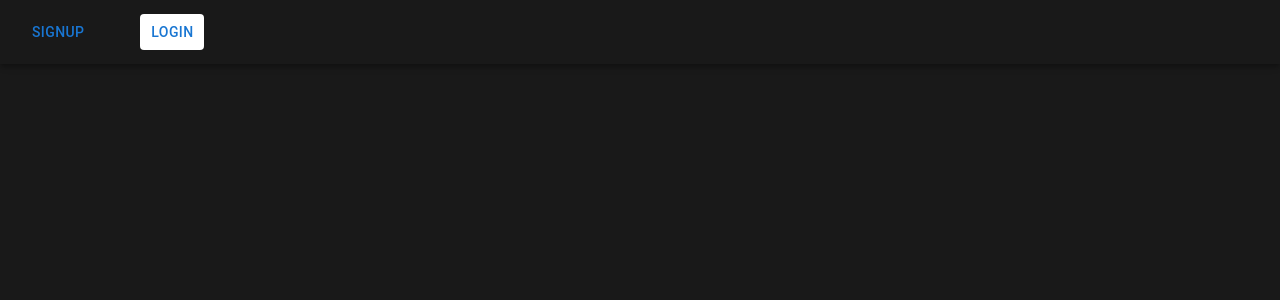
Repository: Armstrong2035/ikigai
Page: / (app in Ikigai/ikigai/)
An editor plug-in stored every save of this project. The page is shown before and after the next save, followed by the edit.
The browser window is 1280 px wide. The pictures show the whole page.
The project was rebuilt for these pictures with package versions that can differ from the ones it lists, and the page was loaded fresh each time. The framework's server and built-in components were replaced by stand-ins that run in the browser. Also part of the build but not shown: Ikigai/ikigai/next.config.mjs.

Above is the page before, as saved 2024-09-06 18:48:46.

After the next save:
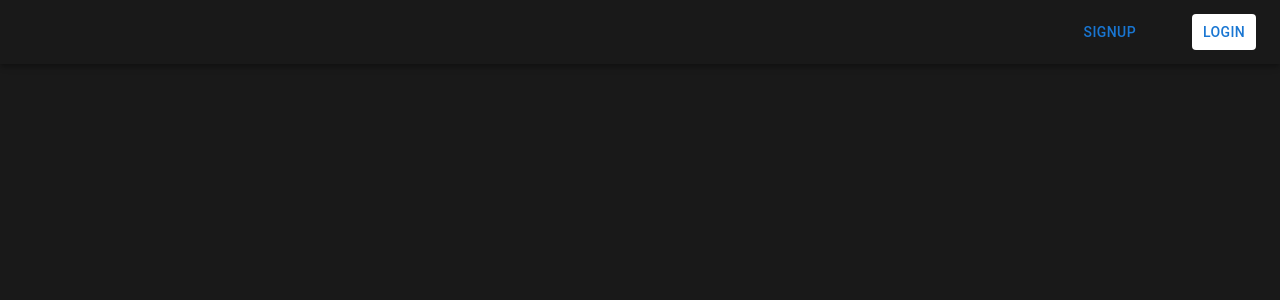
Saved 20 s later.
--- a/Ikigai/ikigai/components/LandingPage/NavBar/NavBar.js
+++ b/Ikigai/ikigai/components/LandingPage/NavBar/NavBar.js
@@ -4,7 +4,7 @@ export default function NavBar() {
   return (
     <div>
       <AppBar sx={{ backgroundColor: "inherit" }}>
-        <Stack direction="row">
+        <Stack direction="row" justifyContent={"flex-end"}>
           <Toolbar>
             <Button variant="text" sx={{}}>
               Signup
